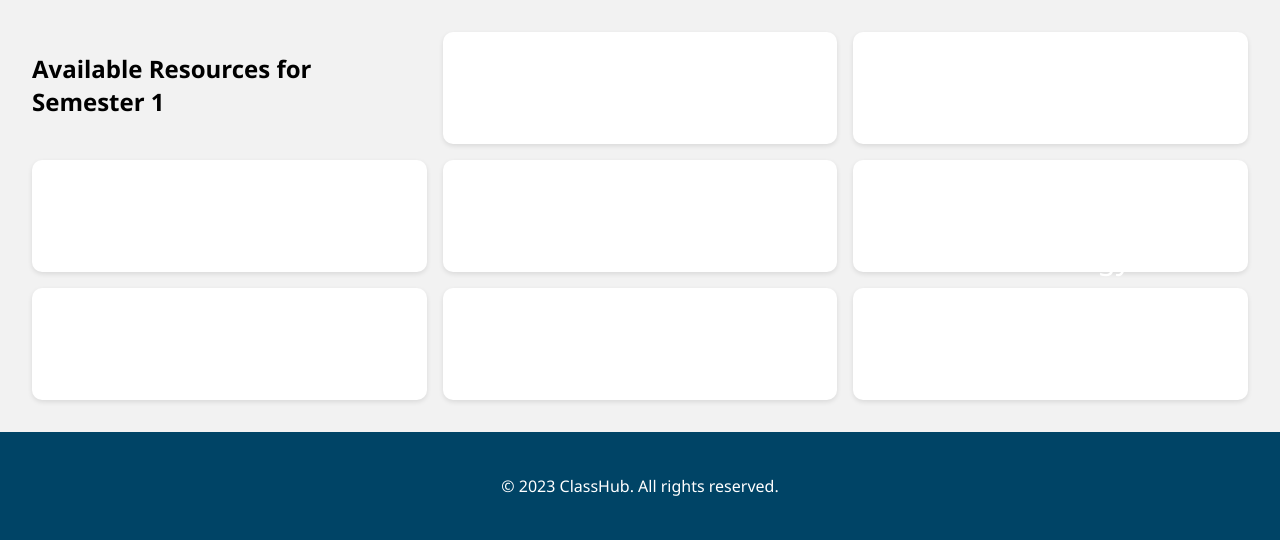
Repository: MariamSawera/eduNova
Page: semester1.html
The author's editor kept a copy of each file at every save. The page is drawn from the files as they stood at one save, then again after the next save.
The browser window is 1280 px wide. The pictures show the part of the page from y = 294 to 907 px (the page is 834 px tall before and 907 px after).

Above is the page before, as saved 2025-07-21 21:21:06.

After the next save:
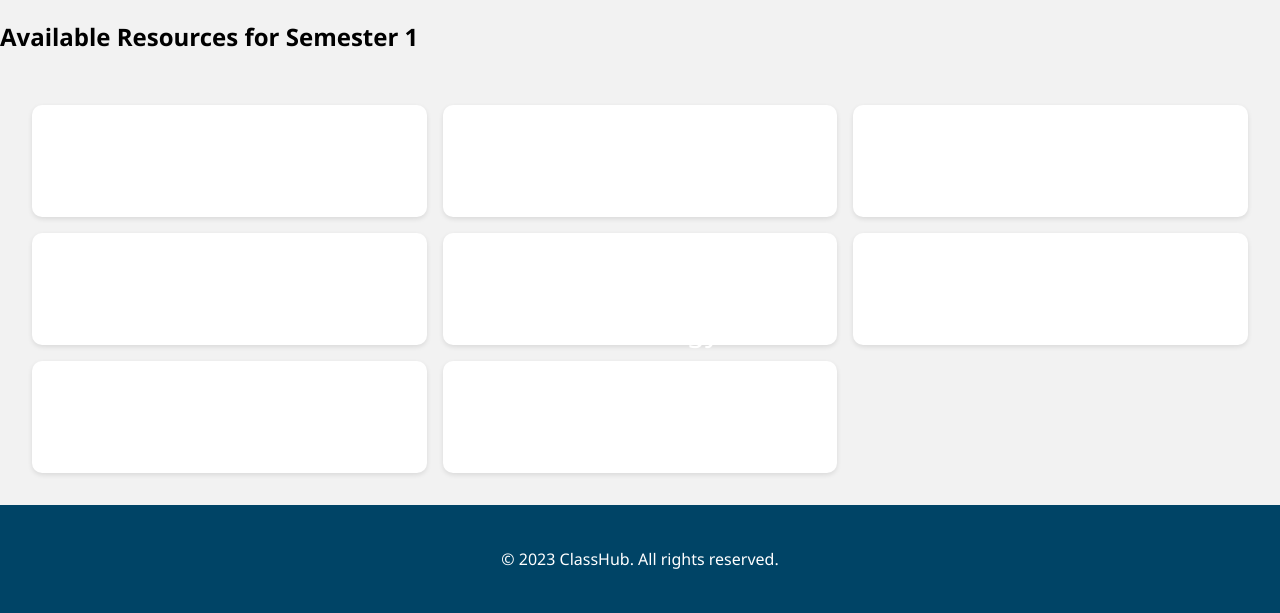
Saved 40 s later.
--- a/semester1.html
+++ b/semester1.html
@@ -28,8 +28,8 @@
     </div>
 
     <!-- Resources Section -->
+    <h2>Available Resources for Semester 1</h2>
     <div class="resources quick-links">
-        <h2>Available Resources for Semester 1</h2>
         <div class="link-card"><a href="https://drive.google.com/drive/folders/107JqVOv88Fd92JowXaY-PRxd7YaUVjqE?usp=drive_link" target="_blank">C++ Programing</a></div>
         <div class="link-card"><a href="https://drive.google.com/drive/folders/1-wXgk55pBIPaTlGGSjHjC05zFuhTXC0J?usp=drive_link" target="_blank">Weekly Manual C++</a></div>
         <div class="link-card"><a href="https://drive.google.com/drive/folders/10LtCkj5NTZ55ltIwCDD5zz6DSAjf3nnH?usp=drive_link" target="_blank">Discrete Mathematics</a></div>
